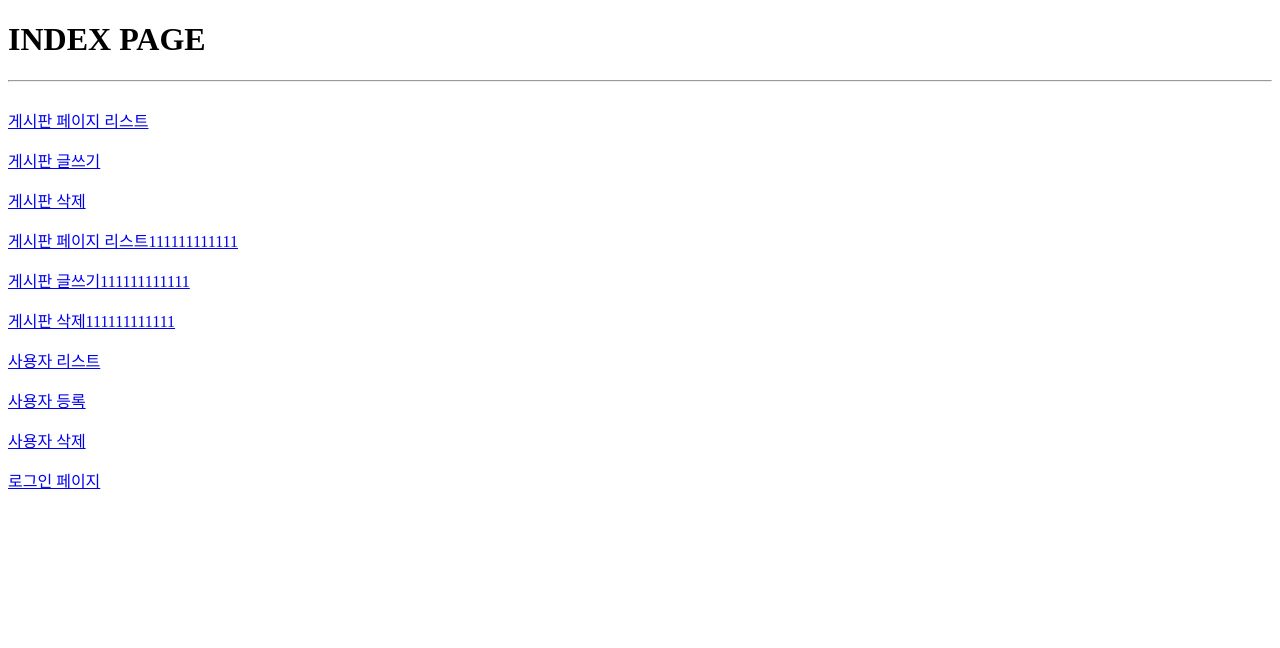
Repository: catapracts/PP
Page: http://localhost/PROJ/test/index.jsp
The author's editor kept a copy of each file at every save. The page is drawn from the files as they stood at one save, then again after the next save.
The browser window is 1280 px wide. The pictures show the whole page.
The page is served by Tomcat 10.

Above is the page before, as saved 2024-01-20 23:00:15.

After the next save:
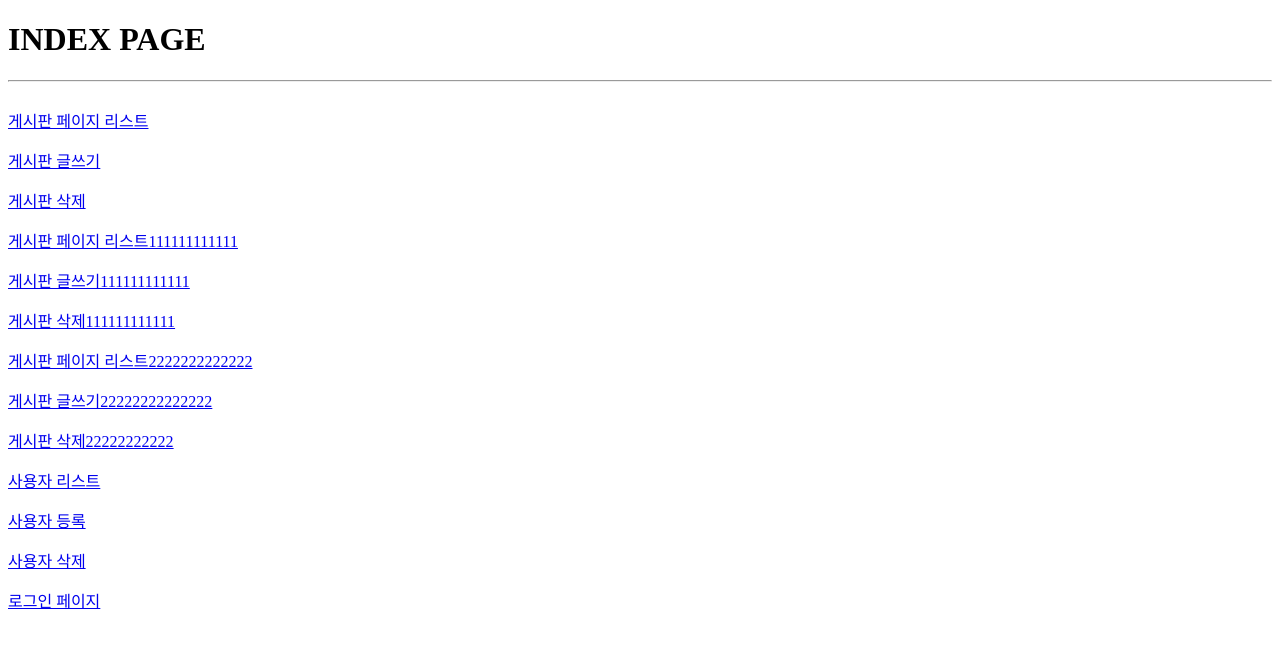
Saved 9 min 4 s later.
--- a/PROJ/src/main/webapp/test/index.jsp
+++ b/PROJ/src/main/webapp/test/index.jsp
@@ -30,6 +30,15 @@
   <a href = "deleteBoard1.jsp"> 게시판 삭제111111111111</a>
   <p/>
 
+  <a href = "getBoardList2.jsp"> 게시판 페이지 리스트2222222222222</a>
+  <p/>
+
+  <a href = "insertBoard2.jsp"> 게시판 글쓰기22222222222222</a>
+  <p/>
+
+  <a href = "deleteBoard2.jsp"> 게시판 삭제22222222222</a>
+  <p/>
+
   <a href = "getMembersList.jsp"> 사용자 리스트</a>
   <p/>
 
